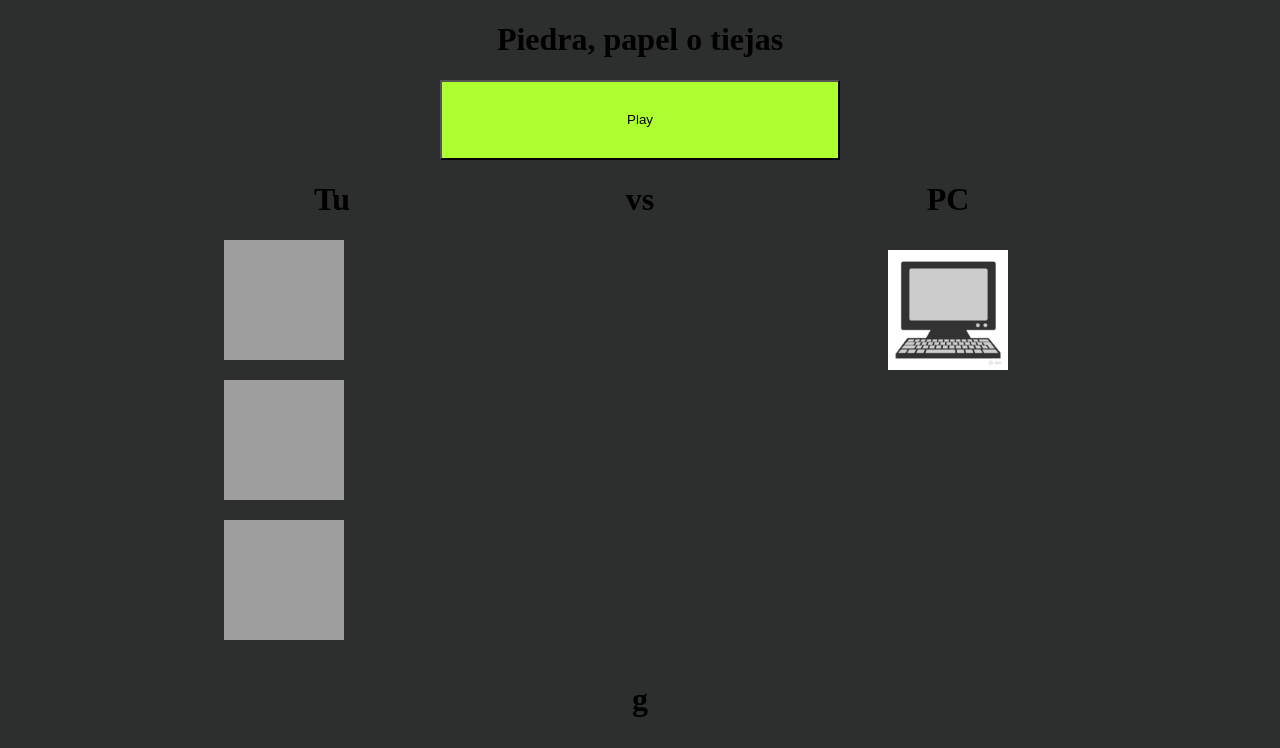
Repository: Kevin8548/FundamentosJS
Page: scissors.html
These files come from the project's save history. The page is drawn as it stood at one moment and after the next save; the edit follows.
The browser window is 1280 px wide. The pictures show the whole page.
Pictures or frames that could not be fetched are drawn as grey boxes.

Above is the page before, as saved 2024-09-23 05:54:04.
Console error: SyntaxError: Unexpected token ';'

### scissors.html
<!DOCTYPE html>
<html lang="en">
<head>
    <meta charset="UTF-8">
    <meta name="viewport" content="width=device-width, initial-scale=1.0">
    <title>Document</title>
    <link rel="stylesheet" href="style.css">
</head>
<body>
    <div class="content"></div>
    <script src="./concepts/scissors.js"></script>
    <h1>Piedra, papel o tiejas</h1>
    <div class="parent">
        <div class="div1"> <button>Play</button> </div>

        <div class="div2">
            <h1>Tu</h1>
            <p><img src="img/descarga.jpeg" alt=""></p>
            <p><img src="img/scissor-icon-transparent-free-png.webp" alt=""></p>
            <p><img src="img/png-clipart-paper-leaf-leaf-white-leaf-thumbnail.png" alt=""></p>
        </div>

        <div class="div3"><h1>vs</h1> </div>

        <div class="div4"> <h1>PC
            <p><img src="img/2775.png" alt=""></p>
        </h1></div>

        <div class="div5"><h1>g</h1> </div>

        </div>
</body>
</html>

### style.css
.parent {
display:grid ;
grid-template-columns: repeat(5, 1fr);
grid-template-rows: repeat(1.5, 1fr);
grid-column-gap: 0px;
grid-row-gap: 0px;
}

.div1 { grid-area: 1 / 3 / 2 / 4; }
.div2 { grid-area: 3 / 2 / 4 / 3; }
.div3 { grid-area: 3 / 3 / 4 / 4; }
.div4 { grid-area: 3 / 4 / 4 / 5; }
.div5 { grid-area: 5 / 3 / 6 / 4; }

h1{
text-align: center;
}

img{
width: 120px;
height: 120px;
cursor: pointer;
}

body{
background-color: rgb(45, 46, 46);
}

button {
    background-color: greenyellow;
    width: 400px;
    height: 80px;
    cursor: pointer;
}

### concepts/scissors.js
const btnPLay = ;
const divUser = ;
const divMaq = ;
const message = ;

const play = () => {
    const choiceUser = prompt ('Elige; piedra, papel o tijeras');
    const aleatorio = Math.floor(Math.random() * 3);
    //Todo
    //Si aleatorio = 0 choicemaq= piedra y asi para 1  y 2
    //Comparaciones para determinar ganador
}

After the next save:
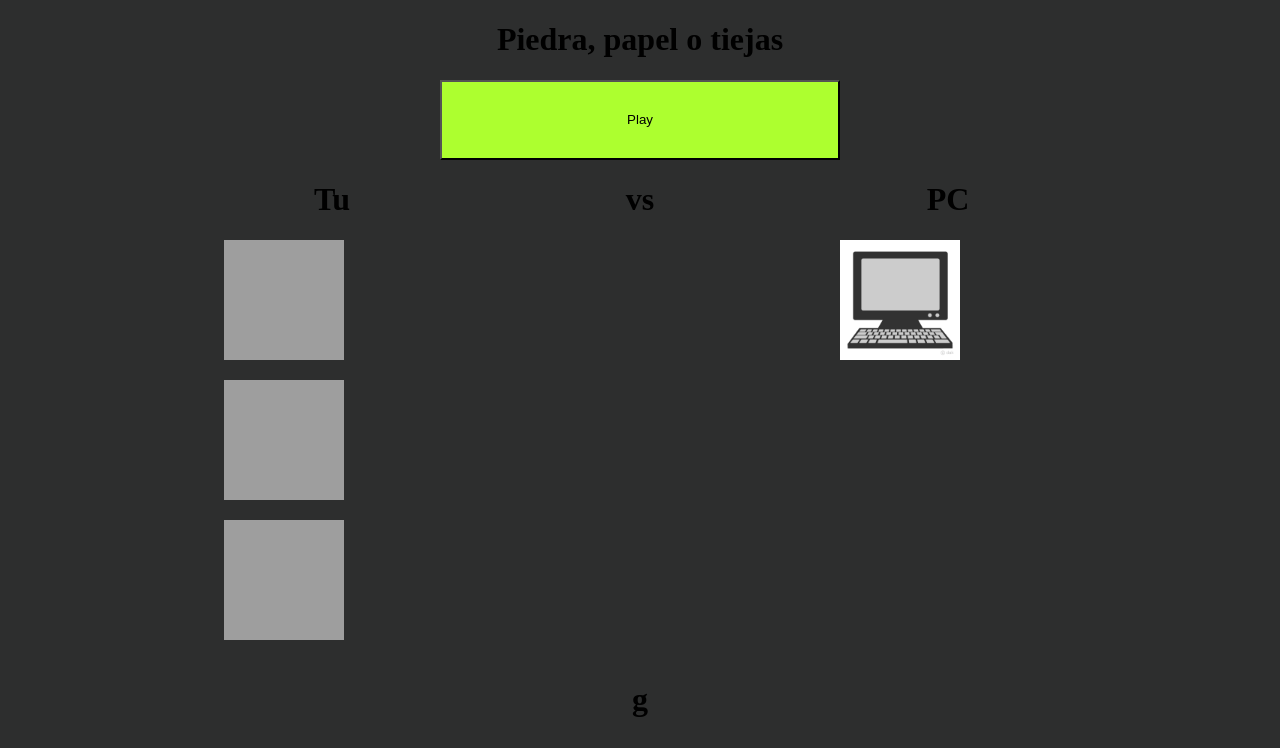
Saved 21 s later.
--- a/scissors.html
+++ b/scissors.html
@@ -22,9 +22,10 @@
 
         <div class="div3"><h1>vs</h1> </div>
 
-        <div class="div4"> <h1>PC
+        <div class="div4">
+            <h1>PC</h1>
             <p><img src="img/2775.png" alt=""></p>
-        </h1></div>
+        </div>
 
         <div class="div5"><h1>g</h1> </div>
 
